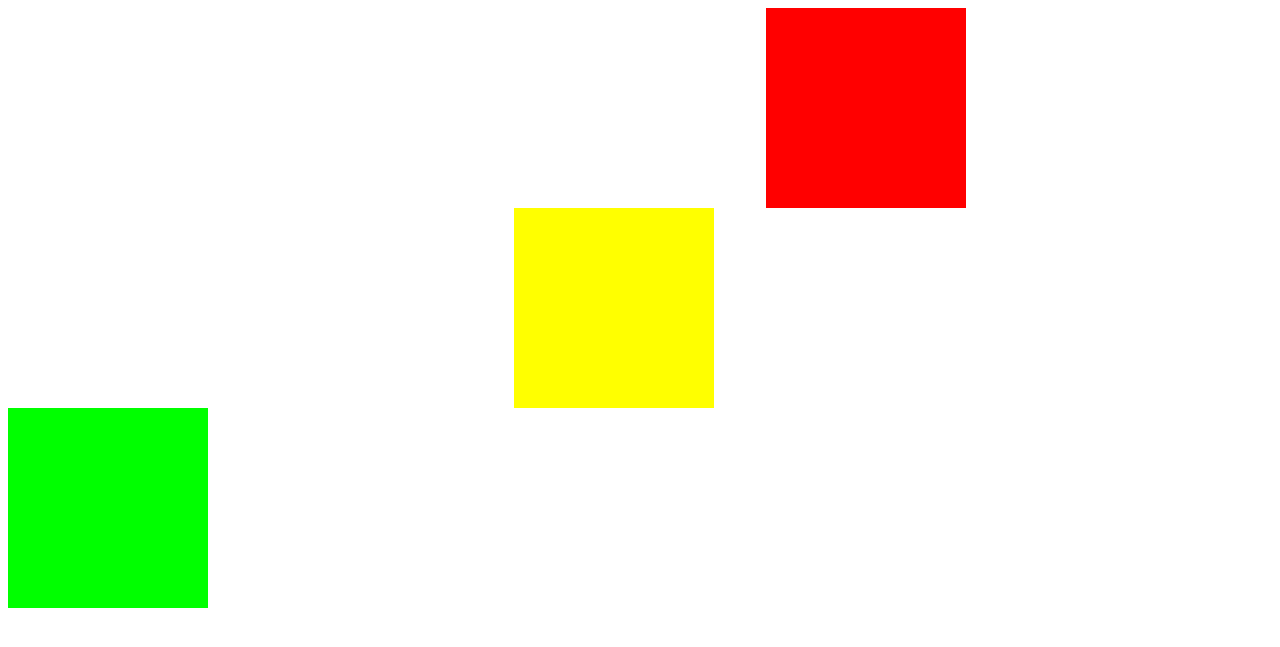
Repository: Divineridh/LPPAChallenges
Page: Trabajos en Clase/ejercicio cajas css/index.html
These files come from the project's save history. The page is drawn as it stood at one moment and after a run of saves; the edit follows.
The browser window is 1280 px wide. The pictures show the whole page.

Above is the page before, as saved 2022-04-26 20:34:40.

After the next 5 saves:
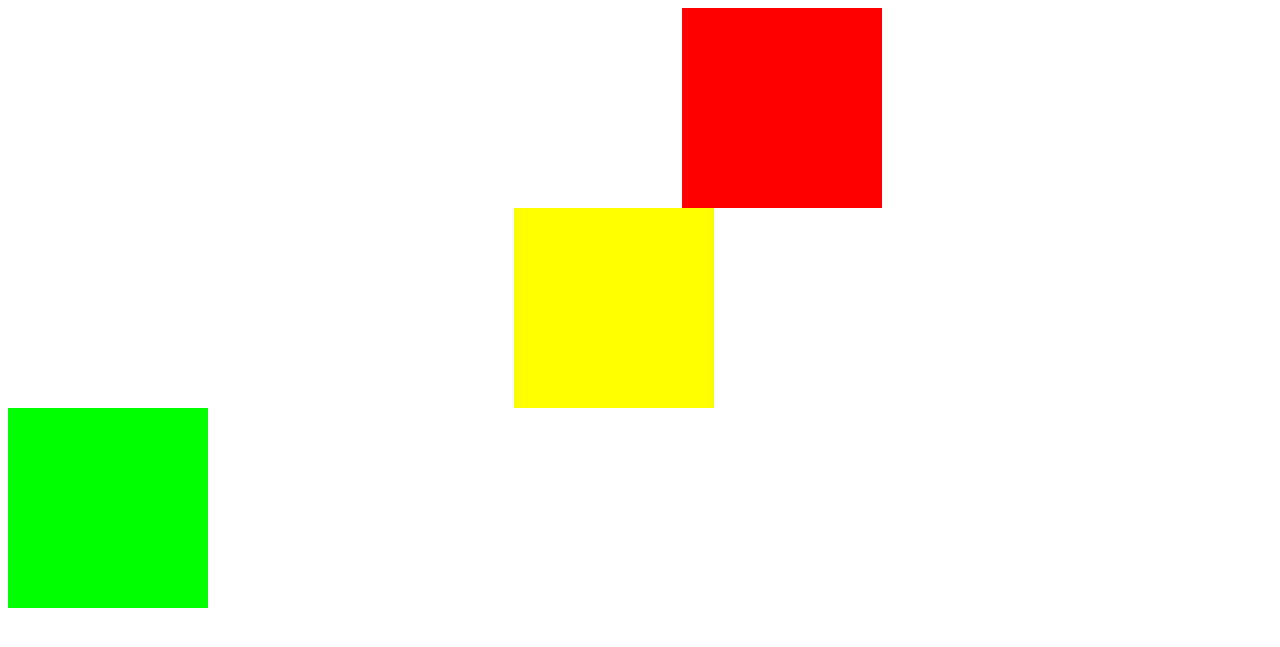
The 5 saves are shown as one change because they came seconds apart.
The last was saved 17 s later.
--- a/Trabajos en Clase/ejercicio cajas css/index.css
+++ b/Trabajos en Clase/ejercicio cajas css/index.css
@@ -1,6 +1,6 @@
 .square1 {
     background-color: rgb(255, 0, 0);
-    left: 60%;
+    left: 53.3%;
 }
 
 .square2 {
